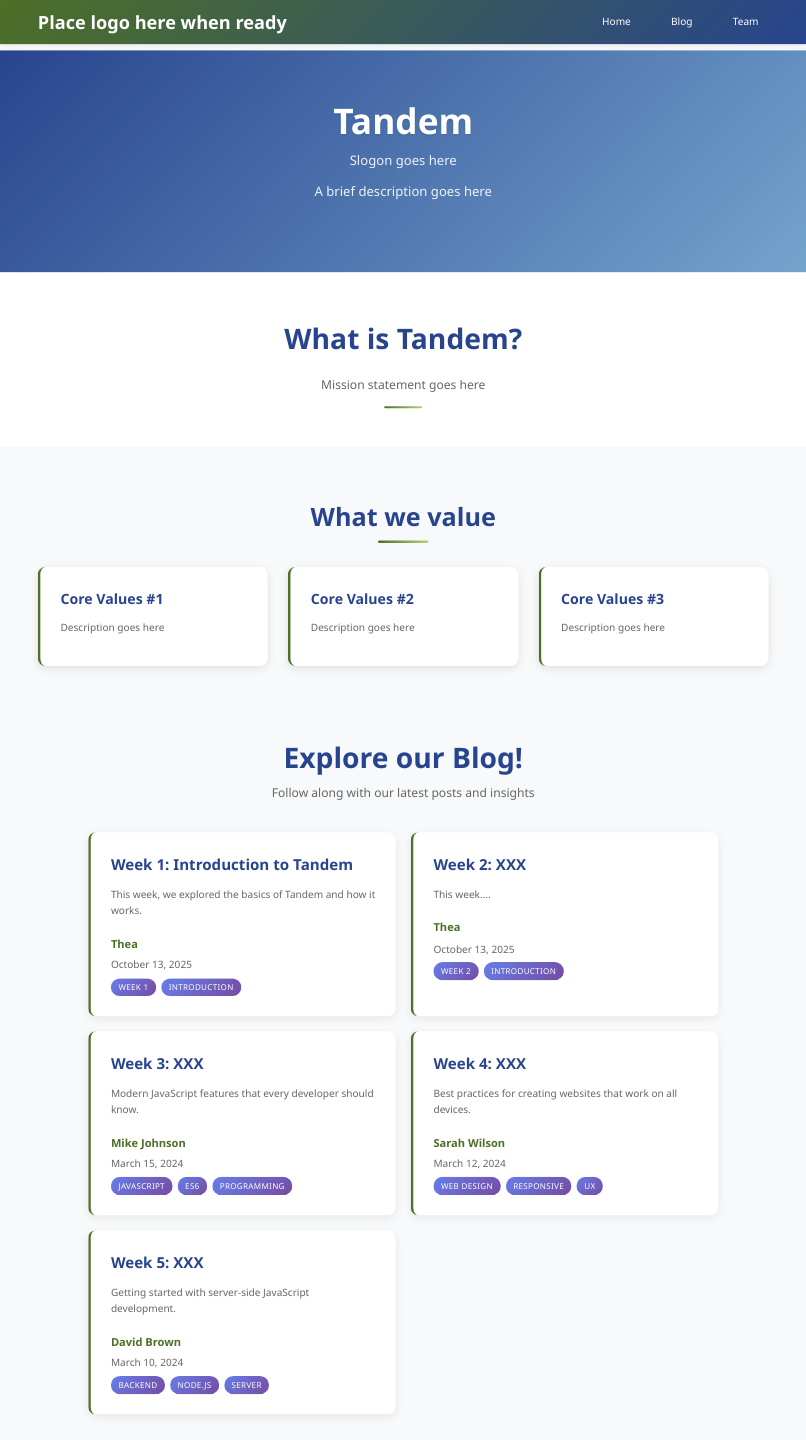
Repository: Bcit-sandy/TandemBlog
Page: /
The author's editor kept a copy of each file at every save. The page is drawn from the files as they stood at one save, then again after the next save.
The browser window is 1280 px wide. The pictures show the whole page, at 63% of full size.
The project was rebuilt for these pictures with package versions that can differ from the ones it lists, and the page was loaded fresh each time. Also part of the build but not shown: vite.config.js, src/pages/BlogPost.jsx, src/pages/About.css, src/pages/About.jsx.

Above is the page before, as saved 2025-10-13 16:10:24.

After the next save:
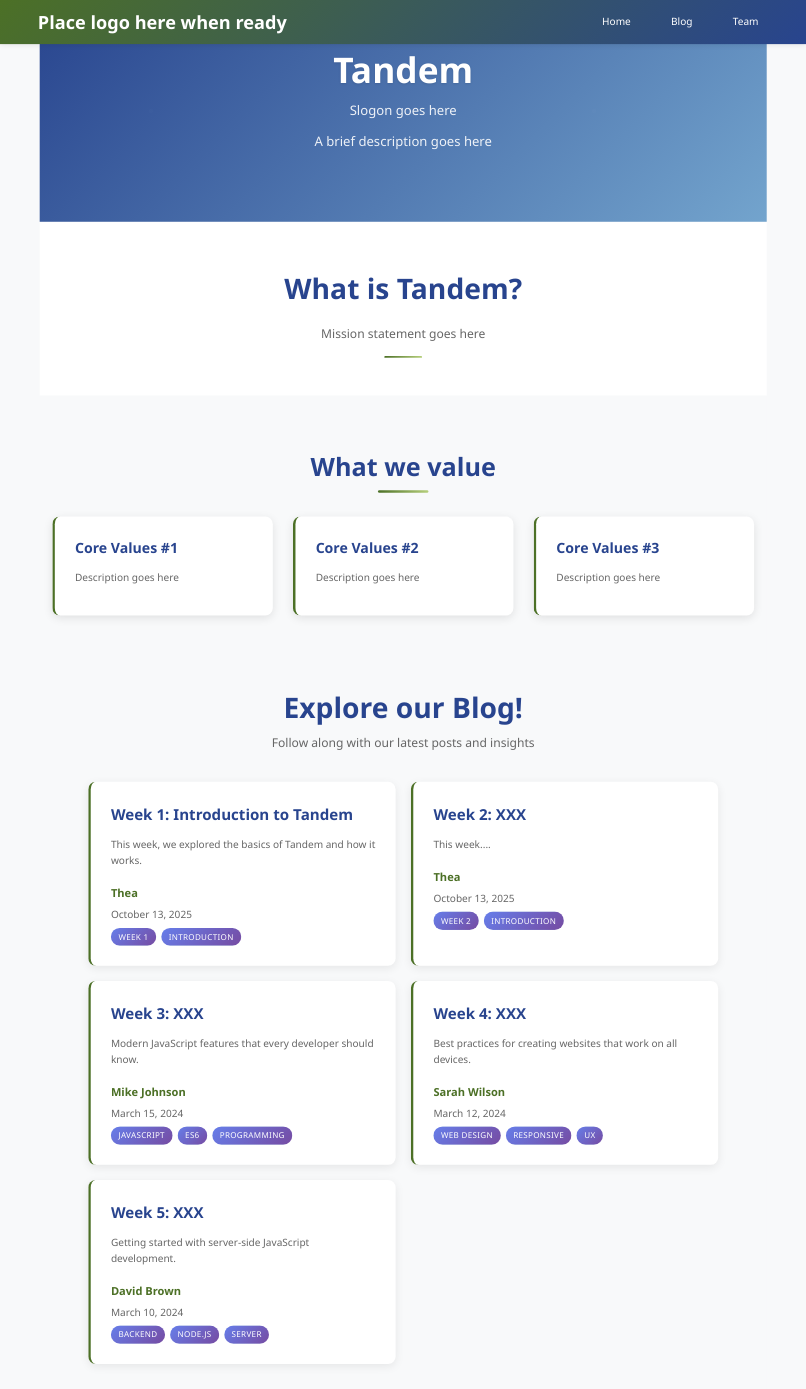
Saved 2 s later.
--- a/src/App.css
+++ b/src/App.css
@@ -1,3 +1,15 @@
+/* Color Variables */
+:root {
+  --green-primary: #4C7026;
+  --green-secondary: #B6CF7B;
+  --blue-primary: #28448E;
+  --blue-secondary: #73A4CD;
+  --white: #ffffff;
+  --light-gray: #f8f9fa;
+  --dark-gray: #333333;
+  --text-gray: #666666;
+}
+
 /* Global Styles */
 * {
   margin: 0;
@@ -16,23 +28,16 @@ body {
   min-height: 100vh;
   display: flex;
   flex-direction: column;
+  width: 100%;
 }
 
 main {
   flex: 1;
-  padding-top: 80px; /* Account for fixed navbar */
-}
-
-/* Color Variables */
-:root {
-  --green-primary: #4C7026;
-  --green-secondary: #B6CF7B;
-  --blue-primary: #28448E;
-  --blue-secondary: #73A4CD;
-  --white: #ffffff;
-  --light-gray: #f8f9fa;
-  --dark-gray: #333333;
-  --text-gray: #666666;
+  width: 100%;
+  display: flex;
+  flex-direction: column;
+  justify-content: center;
+  align-items: center;
 }
 
 /* Utility Classes */
